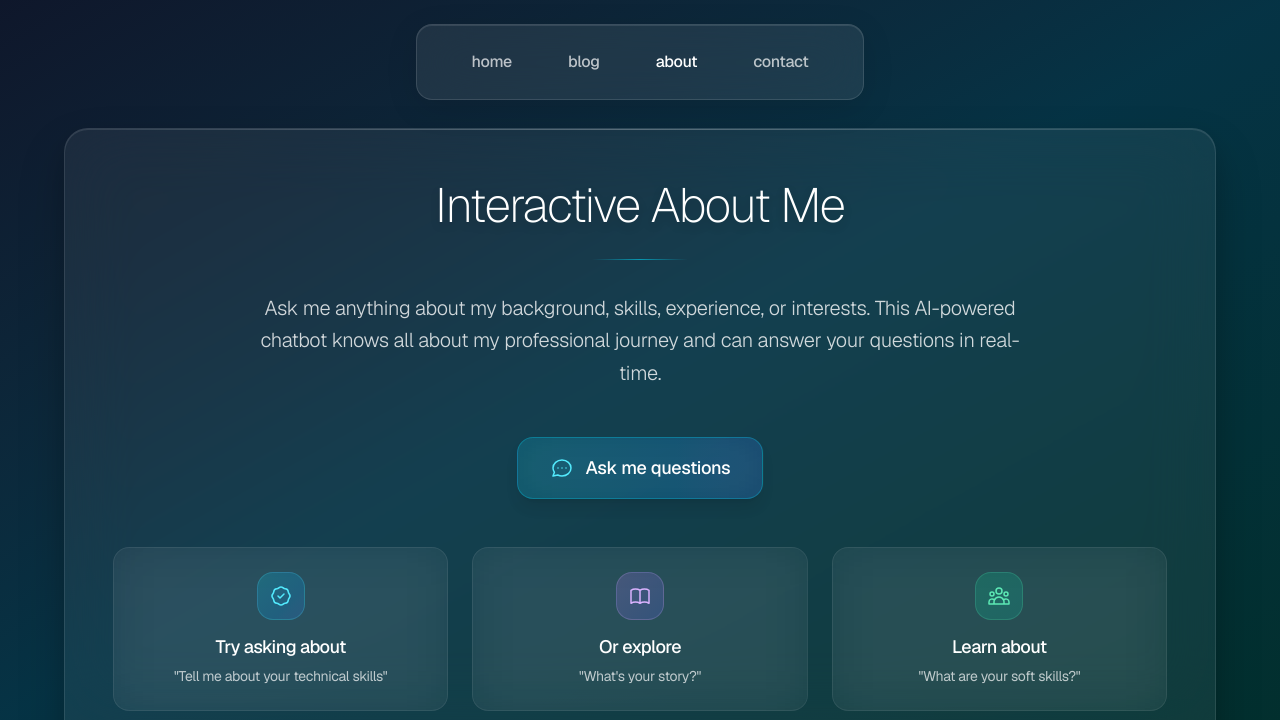
Repository: camilojourney/camilomartinez-portfolio
Page: /about
These files come from the project's save history. The page is drawn as it stood at one moment and after the next save; the edit follows.
The browser window is 1280 px wide. The pictures show the whole page.
An inner scrolling area shows only its first screen. The project was rebuilt for these pictures with package versions that can differ from the ones it lists, and the page was loaded fresh each time. Some packages were replaced by stand-ins written for this rebuild. The framework's server and built-in components were replaced by stand-ins that run in the browser. Also part of the build but not shown: app/about/chat.tsx.

Above is the page before, as saved 2025-06-30 18:40:28.

### app/layout.tsx
import './global.css'
import type { Metadata } from 'next'
import { GeistSans } from 'geist/font/sans'
import { GeistMono } from 'geist/font/mono'
import { Navbar } from './components/nav'
import { Analytics } from '@vercel/analytics/react'
import { SpeedInsights } from '@vercel/speed-insights/next'
import Footer from './components/footer'
import { baseUrl } from './sitemap'

export const metadata: Metadata = {
  metadataBase: new URL(baseUrl),
  title: {
    default: 'Next.js Portfolio Starter',
    template: '%s | Next.js Portfolio Starter',
  },
  description: 'This is my portfolio.',
  openGraph: {
    title: 'My Portfolio',
    description: 'This is my portfolio.',
    url: baseUrl,
    siteName: 'My Portfolio',
    locale: 'en_US',
    type: 'website',
  },
  robots: {
    index: true,
    follow: true,
    googleBot: {
      index: true,
      follow: true,
      'max-video-preview': -1,
      'max-image-preview': 'large',
      'max-snippet': -1,
    },
  },
}

const cx = (...classes) => classes.filter(Boolean).join(' ')

export default function RootLayout({
  children,
}: {
  children: React.ReactNode
}) {
  return (
    <html
      lang="en"
      className={cx(
        'text-black bg-white dark:text-white dark:bg-black',
        GeistSans.variable,
        GeistMono.variable
      )}
    >
      <body className="antialiased font-sans">
        <main className="min-h-screen w-full">
          {children}
          <Analytics />
          <SpeedInsights />
        </main>
      </body>
    </html>
  )
}

### app/about/page.tsx
'use client';

import { useState } from 'react'
import LiquidPage from 'app/components/liquid-page'
import Chat from './chat'

export default function AboutPage() {
    const [showChat, setShowChat] = useState(false)

    return (
        <LiquidPage currentPage="about" backgroundVariant="cool">
            {/* Main content card */}
            <section className="liquid-glass-card backdrop-blur-2xl bg-white/[0.06] border border-white/[0.1] rounded-3xl p-8 md:p-12 max-w-6xl w-full shadow-2xl shadow-black/20">
                {/* Header */}
                <div className="text-center mb-12">
                    <h1 className="text-4xl md:text-5xl font-extralight text-white mb-6 drop-shadow-lg">
                        Interactive About Me
                    </h1>
                    <div className="w-24 h-px bg-gradient-to-r from-transparent via-cyan-400/60 to-transparent mx-auto mb-8"></div>
                    <p className="text-lg md:text-xl text-white/80 leading-relaxed max-w-3xl mx-auto font-light">
                        Ask me anything about my background, skills, experience, or interests. This AI-powered chatbot knows all about my professional journey and can answer your questions in real-time.
                    </p>
                </div>

                {/* Ask Questions Button or Chat Component */}
                <div className="relative">
                    {!showChat ? (
                        <div className="text-center mb-12">
                            <button
                                onClick={() => setShowChat(true)}
                                className="liquid-glass-ask-btn backdrop-blur-xl bg-gradient-to-r from-cyan-500/20 to-blue-500/20 border border-cyan-400/30 text-white text-lg font-medium px-8 py-4 rounded-2xl hover:from-cyan-400/30 hover:to-blue-400/30 hover:border-cyan-300/50 transition-all duration-300 transform hover:scale-[1.02] shadow-lg hover:shadow-xl hover:shadow-cyan-500/20 group"
                            >
                                <div className="flex items-center gap-3">
                                    <svg className="w-6 h-6 text-cyan-300 group-hover:text-cyan-200 transition-colors" fill="none" stroke="currentColor" viewBox="0 0 24 24">
                                        <path strokeLinecap="round" strokeLinejoin="round" strokeWidth={1.5} d="M8 12h.01M12 12h.01M16 12h.01M21 12c0 4.418-4.03 8-9 8a9.863 9.863 0 01-4.255-.949L3 20l1.395-3.72C3.512 15.042 3 13.574 3 12c0-4.418 4.03-8 9-8s9 3.582 9 8z" />
                                    </svg>
                                    Ask me questions
                                </div>
                            </button>
                        </div>
                    ) : (
                        <div className={`liquid-glass-chat-wrapper transition-all duration-700 ease-out ${showChat ? 'opacity-100 translate-y-0 scale-100' : 'opacity-0 translate-y-8 scale-95'}`}>
                            <div className="liquid-glass-chat backdrop-blur-xl bg-white/[0.03] border border-white/[0.06] rounded-3xl overflow-hidden shadow-2xl shadow-black/20 mb-8">
                                {/* Chat Header */}
                                <div className="flex items-center justify-between p-6 border-b border-white/[0.08]">
                                    <div className="flex items-center gap-3">
                                        <div className="w-3 h-3 bg-emerald-400 rounded-full animate-pulse"></div>
                                        <span className="text-white/80 text-sm font-medium">AI Assistant Active</span>
                                    </div>
                                    <button
                                        onClick={() => setShowChat(false)}
                                        className="liquid-glass-close-btn backdrop-blur-lg bg-white/[0.05] border border-white/[0.08] text-white/60 hover:text-white/90 hover:bg-white/[0.08] p-2 rounded-xl transition-all duration-300 hover:scale-105"
                                    >
                                        <svg className="w-5 h-5" fill="none" stroke="currentColor" viewBox="0 0 24 24">
                                            <path strokeLinecap="round" strokeLinejoin="round" strokeWidth={1.5} d="M6 18L18 6M6 6l12 12" />
                                        </svg>
                                    </button>
                                </div>
                                <Chat />
                            </div>
                        </div>
                    )}
                </div>

                {/* Quick info cards */}
                {!showChat && (
                    <div className="grid grid-cols-1 md:grid-cols-3 gap-6 mt-12">
                        <div className="liquid-glass-info-card backdrop-blur-xl bg-white/[0.04] border border-white/[0.08] rounded-2xl p-6 text-center">
                            <div className="w-12 h-12 bg-gradient-to-br from-cyan-400/20 to-blue-500/20 border border-cyan-300/20 rounded-2xl mx-auto mb-4 flex items-center justify-center">
                                <svg className="w-6 h-6 text-cyan-300" fill="none" stroke="currentColor" viewBox="0 0 24 24">
                                    <path strokeLinecap="round" strokeLinejoin="round" strokeWidth={1.5} d="M9 12l2 2 4-4M7.835 4.697a3.42 3.42 0 001.946-.806 3.42 3.42 0 014.438 0 3.42 3.42 0 001.946.806 3.42 3.42 0 013.138 3.138 3.42 3.42 0 00.806 1.946 3.42 3.42 0 010 4.438 3.42 3.42 0 00-.806 1.946 3.42 3.42 0 01-3.138 3.138 3.42 3.42 0 00-1.946.806 3.42 3.42 0 01-4.438 0 3.42 3.42 0 00-1.946-.806 3.42 3.42 0 01-3.138-3.138 3.42 3.42 0 00-.806-1.946 3.42 3.42 0 010-4.438 3.42 3.42 0 00.806-1.946 3.42 3.42 0 013.138-3.138z" />
                                </svg>
                            </div>
                            <h3 className="text-lg font-medium text-white mb-2">Try asking about</h3>
                            <p className="text-white/70 text-sm">"Tell me about your technical skills"</p>
                        </div>

                        <div className="liquid-glass-info-card backdrop-blur-xl bg-white/[0.04] border border-white/[0.08] rounded-2xl p-6 text-center">
                            <div className="w-12 h-12 bg-gradient-to-br from-purple-400/20 to-indigo-500/20 border border-purple-300/20 rounded-2xl mx-auto mb-4 flex items-center justify-center">
                                <svg className="w-6 h-6 text-purple-300" fill="none" stroke="currentColor" viewBox="0 0 24 24">
                                    <path strokeLinecap="round" strokeLinejoin="round" strokeWidth={1.5} d="M12 6.253v13m0-13C10.832 5.477 9.246 5 7.5 5S4.168 5.477 3 6.253v13C4.168 18.477 5.754 18 7.5 18s3.332.477 4.5 1.253m0-13C13.168 5.477 14.754 5 16.5 5c1.747 0 3.332.477 4.5 1.253v13C19.832 18.477 18.246 18 16.5 18c-1.746 0-3.332.477-4.5 1.253" />
                                </svg>
                            </div>
                            <h3 className="text-lg font-medium text-white mb-2">Or explore</h3>
                            <p className="text-white/70 text-sm">"What's your story?"</p>
                        </div>

                        <div className="liquid-glass-info-card backdrop-blur-xl bg-white/[0.04] border border-white/[0.08] rounded-2xl p-6 text-center">
                            <div className="w-12 h-12 bg-gradient-to-br from-emerald-400/20 to-teal-500/20 border border-emerald-300/20 rounded-2xl mx-auto mb-4 flex items-center justify-center">
                                <svg className="w-6 h-6 text-emerald-300" fill="none" stroke="currentColor" viewBox="0 0 24 24">
                                    <path strokeLinecap="round" strokeLinejoin="round" strokeWidth={1.5} d="M17 20h5v-2a3 3 0 00-5.356-1.857M17 20H7m10 0v-2c0-.656-.126-1.283-.356-1.857M7 20H2v-2a3 3 0 015.356-1.857M7 20v-2c0-.656.126-1.283.356-1.857m0 0a5.002 5.002 0 019.288 0M15 7a3 3 0 11-6 0 3 3 0 016 0zm6 3a2 2 0 11-4 0 2 2 0 014 0zM7 10a2 2 0 11-4 0 2 2 0 014 0z" />
                                </svg>
                            </div>
                            <h3 className="text-lg font-medium text-white mb-2">Learn about</h3>
                            <p className="text-white/70 text-sm">"What are your soft skills?"</p>
                        </div>
                    </div>
                )}
            </section>
        </LiquidPage>
    )
}

### app/components/liquid-page.tsx
import LiquidBackground from './liquid-background'
import LiquidNav from './liquid-nav'

interface LiquidPageProps {
    children: React.ReactNode
    currentPage?: 'home' | 'blog' | 'contact' | 'about' | 'projects'
    backgroundVariant?: 'default' | 'warm' | 'cool' | 'purple'
    className?: string
}

export default function LiquidPage({
    children,
    currentPage = 'home',
    backgroundVariant = 'default',
    className = ''
}: LiquidPageProps) {
    return (
        <div className="fixed inset-0 w-full h-full overflow-hidden">
            <LiquidBackground variant={backgroundVariant} />
            <LiquidNav currentPage={currentPage} />

            <div className={`relative z-10 h-full overflow-y-auto page-transition ${className}`}>
                <div className="min-h-full flex items-center justify-center p-8 pt-32">
                    {children}
                </div>
            </div>
        </div>
    )
}

### app/components/liquid-background.tsx
interface LiquidBackgroundProps {
    variant?: 'default' | 'warm' | 'cool' | 'purple'
}

export default function LiquidBackground({ variant = 'default' }: LiquidBackgroundProps) {
    const backgrounds = {
        default: 'from-slate-900 via-indigo-950 to-blue-950',
        warm: 'from-slate-900 via-orange-950 to-red-950',
        cool: 'from-slate-900 via-cyan-950 to-teal-950',
        purple: 'from-slate-900 via-purple-950 to-violet-950'
    }

    const orbs = {
        default: [
            'from-blue-500/15 via-cyan-500/8 to-transparent',
            'from-indigo-400/12 via-purple-500/6 to-transparent',
            'from-cyan-400/10 via-blue-500/5 to-transparent'
        ],
        warm: [
            'from-orange-500/15 via-red-500/8 to-transparent',
            'from-yellow-400/12 via-orange-500/6 to-transparent',
            'from-red-400/10 via-pink-500/5 to-transparent'
        ],
        cool: [
            'from-cyan-500/15 via-teal-500/8 to-transparent',
            'from-blue-400/12 via-cyan-500/6 to-transparent',
            'from-teal-400/10 via-emerald-500/5 to-transparent'
        ],
        purple: [
            'from-purple-500/15 via-violet-500/8 to-transparent',
            'from-indigo-400/12 via-purple-500/6 to-transparent',
            'from-violet-400/10 via-purple-500/5 to-transparent'
        ]
    }

    return (
        <>
            {/* Enhanced liquid glass background */}
            <div className={`absolute inset-0 bg-gradient-to-br ${backgrounds[variant]}`}></div>

            {/* Concentric harmony layers */}
            <div className="absolute inset-0">
                <div className={`absolute top-1/4 left-1/4 w-[600px] h-[600px] bg-gradient-radial ${orbs[variant][0]} rounded-full blur-3xl animate-liquid-float`}></div>
                <div className={`absolute top-1/3 right-1/3 w-[400px] h-[400px] bg-gradient-radial ${orbs[variant][1]} rounded-full blur-2xl animate-liquid-float animation-delay-3000`}></div>
                <div className={`absolute bottom-1/4 left-1/2 w-[300px] h-[300px] bg-gradient-radial ${orbs[variant][2]} rounded-full blur-xl animate-liquid-float animation-delay-6000`}></div>
            </div>
        </>
    )
}

### app/components/liquid-nav.tsx
'use client'

interface LiquidNavProps {
    currentPage?: 'home' | 'blog' | 'projects' | 'contact' | 'about'
}

export default function LiquidNav({ currentPage = 'home' }: LiquidNavProps) {
    return (
        <div className="fixed top-0 left-0 w-full z-50 p-6">
            <nav className="liquid-glass-nav backdrop-blur-xl bg-white/[0.08] border border-white/[0.12] rounded-2xl px-8 py-4 max-w-md mx-auto shadow-2xl shadow-black/10">
                <div className="flex justify-center space-x-8">
                    <a
                        href="/"
                        className={`nav-item transition-all duration-300 relative ${currentPage === 'home' ? 'text-white' : 'text-white/70 hover:text-white'
                            }`}
                    >
                        home
                        <div className="nav-indicator"></div>
                    </a>
                    <a
                        href="/blog"
                        className={`nav-item transition-all duration-300 relative ${currentPage === 'blog' ? 'text-white' : 'text-white/70 hover:text-white'
                            }`}
                    >
                        blog
                        <div className="nav-indicator"></div>
                    </a>
                    <a
                        href="/about"
                        className={`nav-item transition-all duration-300 relative ${currentPage === 'about' ? 'text-white' : 'text-white/70 hover:text-white'
                            }`}
                    >
                        about
                        <div className="nav-indicator"></div>
                    </a>
                    <a
                        href="/contact"
                        className={`nav-item transition-all duration-300 relative ${currentPage === 'contact' ? 'text-white' : 'text-white/70 hover:text-white'
                            }`}
                    >
                        contact
                        <div className="nav-indicator"></div>
                    </a>
                </div>
            </nav>
        </div>
    )
}

Loaded but not shown: app/sitemap.ts (common file); app/blog/utils.ts (common file); app/global.css (852 lines, source omitted)

After the next save:
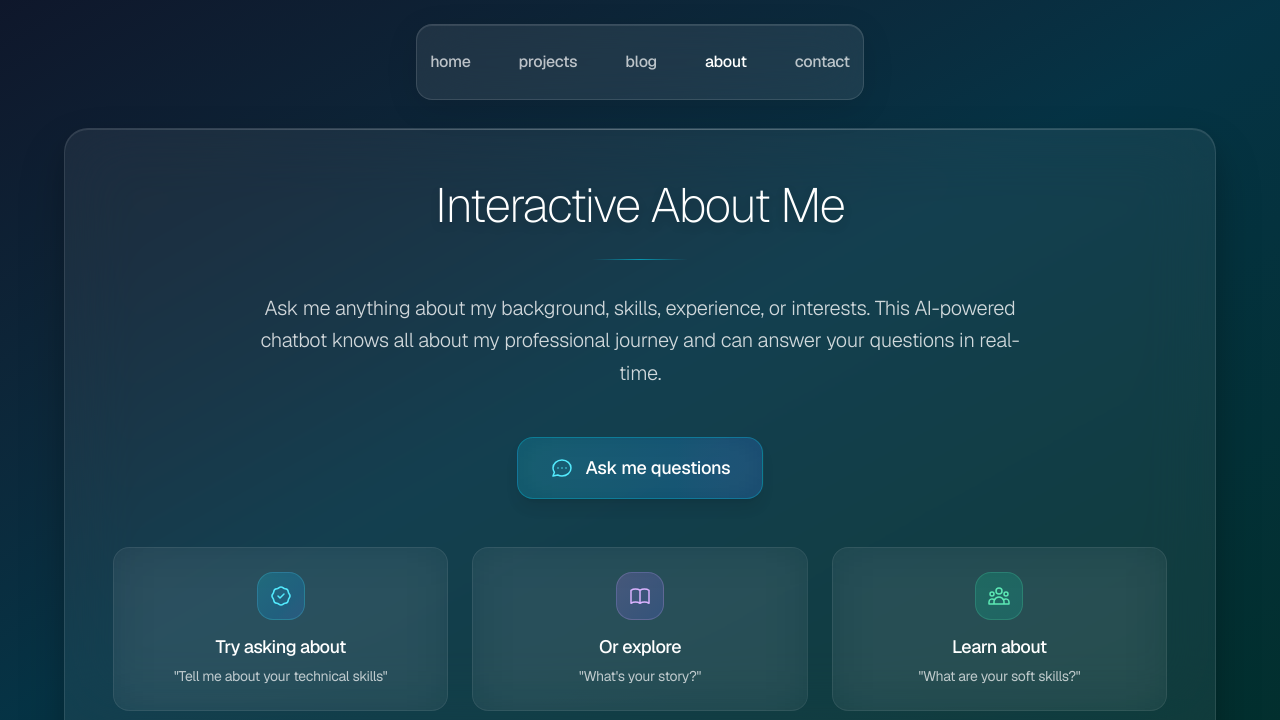
Saved 19 s later.
--- a/app/components/liquid-nav.tsx
+++ b/app/components/liquid-nav.tsx
@@ -8,13 +8,21 @@ export default function LiquidNav({ currentPage = 'home' }: LiquidNavProps) {
     return (
         <div className="fixed top-0 left-0 w-full z-50 p-6">
             <nav className="liquid-glass-nav backdrop-blur-xl bg-white/[0.08] border border-white/[0.12] rounded-2xl px-8 py-4 max-w-md mx-auto shadow-2xl shadow-black/10">
-                <div className="flex justify-center space-x-8">
+                <div className="flex justify-center space-x-6">
                     <a
                         href="/"
                         className={`nav-item transition-all duration-300 relative ${currentPage === 'home' ? 'text-white' : 'text-white/70 hover:text-white'
                             }`}
                     >
                         home
+                        <div className="nav-indicator"></div>
+                    </a>
+                    <a
+                        href="/projects"
+                        className={`nav-item transition-all duration-300 relative ${currentPage === 'projects' ? 'text-white' : 'text-white/70 hover:text-white'
+                            }`}
+                    >
+                        projects
                         <div className="nav-indicator"></div>
                     </a>
                     <a
